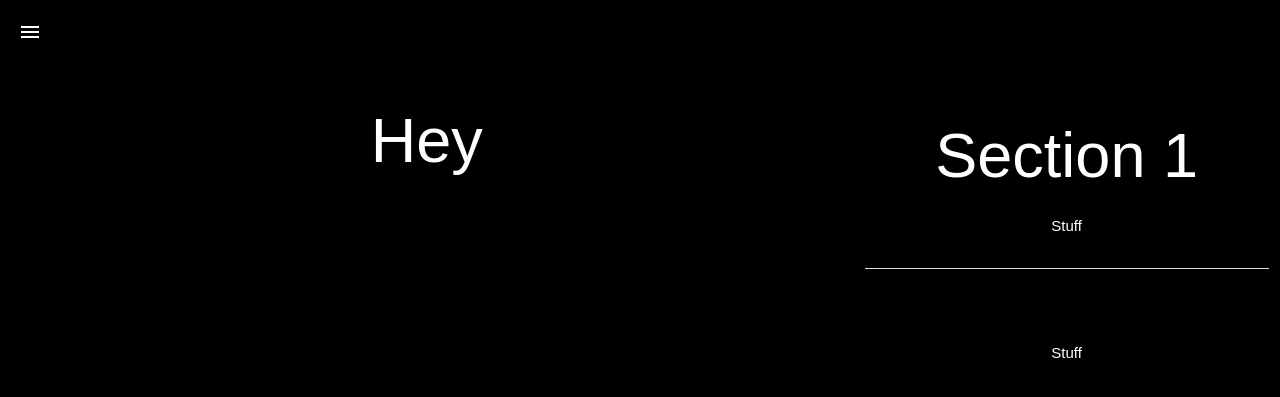
Repository: Ajtheult/final-project
Page: /cart
The author's editor kept a copy of each file at every save. The page is drawn from the files as they stood at one save, then again after the next save.
The browser window is 1280 px wide. The pictures show the whole page.
Some web fonts or font styles are not loaded; a fallback is used. Some web libraries are served in a nearby version. The project was rebuilt for these pictures with package versions that can differ from the ones it lists, and the page was loaded fresh each time. Also part of the build but not shown: src/layout/pages/LandingPage.js, src/layout/pages/About.js, src/layout/pages/catalogue/Keys.js, src/layout/pages/catalogue/String.js, src/layout/pages/catalogue/Woodwind.js, src/layout/pages/catalogue/Percussion.js, src/layout/pages/login/Login.js, src/layout/pages/login/NewSignUp.js.

Above is the page before, as saved 2020-07-23 10:18:41.

After the next save:
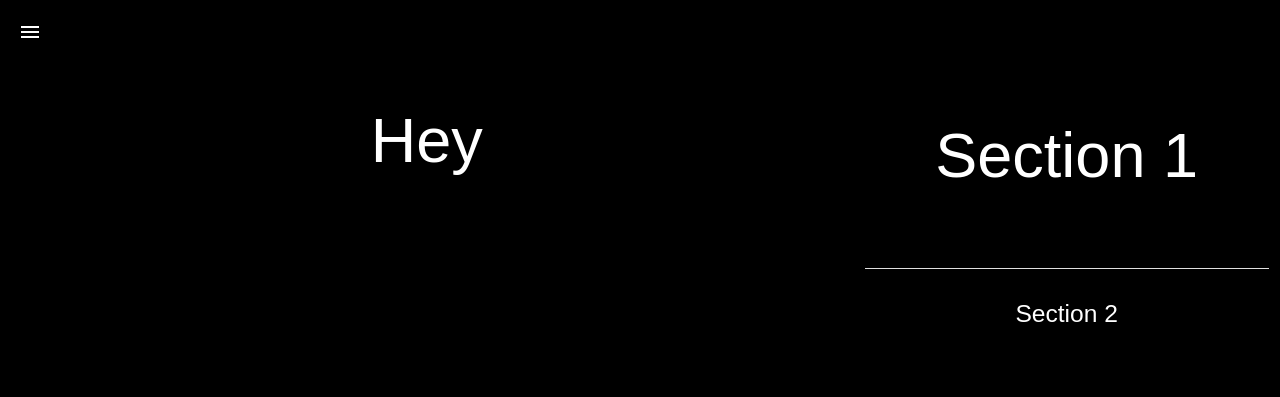
Saved 26 s later.
--- a/src/App.css
+++ b/src/App.css
@@ -64,7 +64,11 @@ div.admin-bg {
 }
 
 h1,
-p {
+h2,
+h3,
+h4,
+h5,
+h6 p {
   color: white;
 }
 
